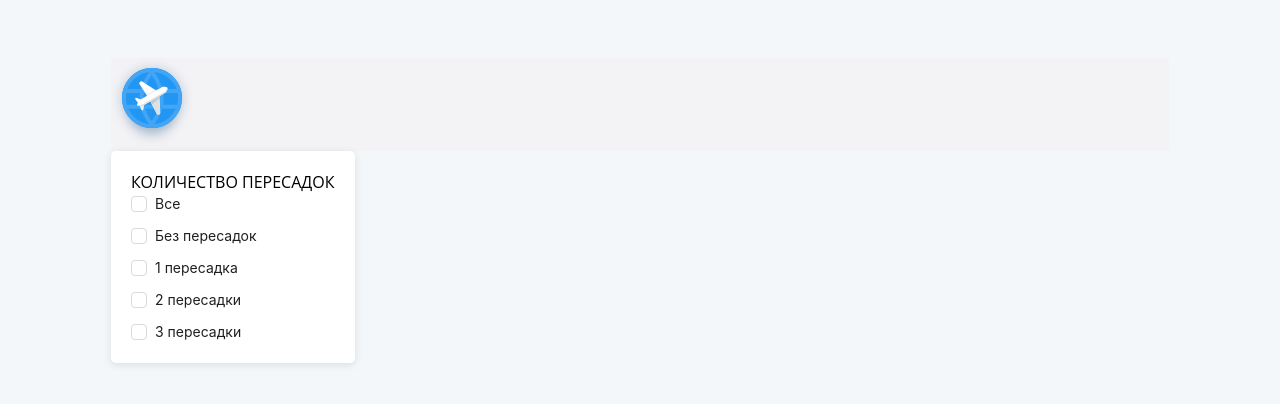
Repository: Dedoxa/aviasalesTickets
Page: /
The author's editor kept a copy of each file at every save. The page is drawn from the files as they stood at one save, then again after the next save.
The browser window is 1280 px wide. The pictures show the whole page.
The project was rebuilt for these pictures with package versions that can differ from the ones it lists, and the page was loaded fresh each time. Also part of the build but not shown: vite.config.js.

Above is the page before, as saved 2024-10-19 16:02:49.

After the next save:
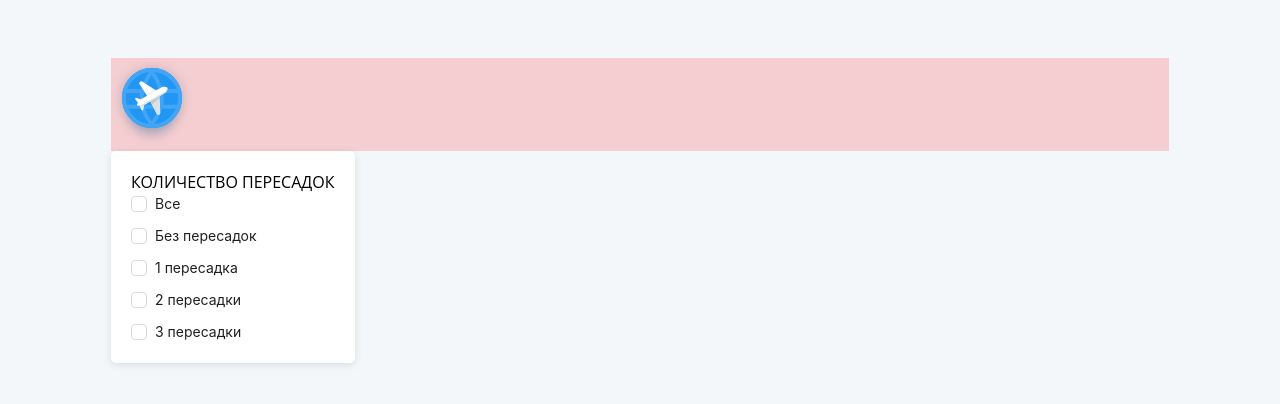
Saved 5 s later.
--- a/src/AppIcon/AppIcon.module.scss
+++ b/src/AppIcon/AppIcon.module.scss
@@ -1,4 +1,4 @@
 .AppIcon {
     margin: 0 auto;
-    background-color: rgba(255, 0, 0, 0.018);
+    background-color: rgba(255, 0, 0, 0.166);
 }
